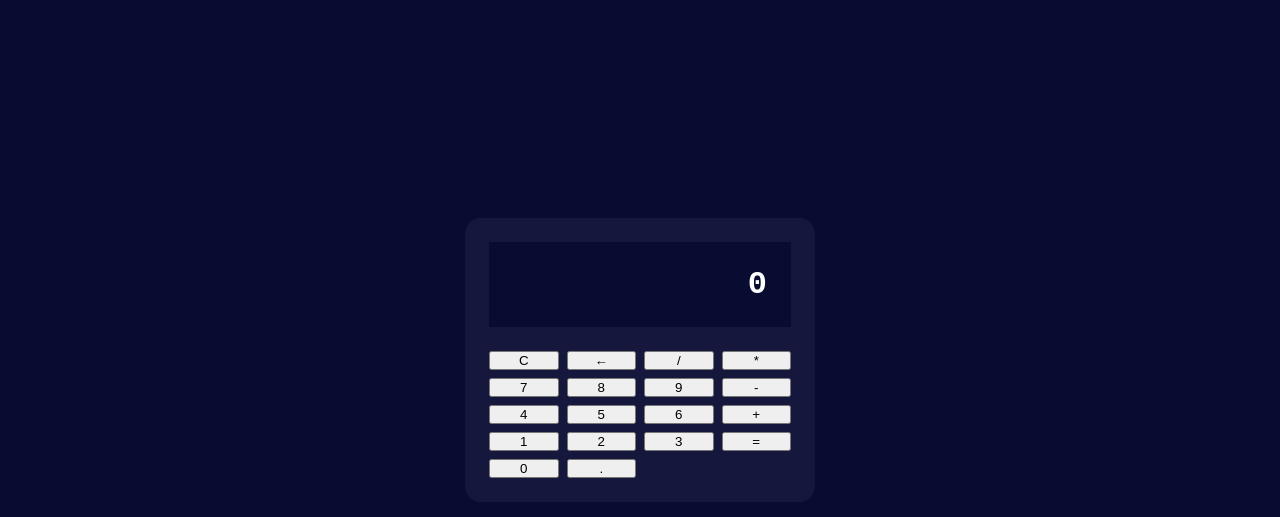
Repository: Herinyhert/Calculator
Page: index.html
An editor plug-in stored every save of this project. The page is shown before and after a run of saves, followed by the edit.
The browser window is 1280 px wide. The pictures show the whole page.

Above is the page before, as saved 2023-05-21 20:49:44.

After the next 3 saves:
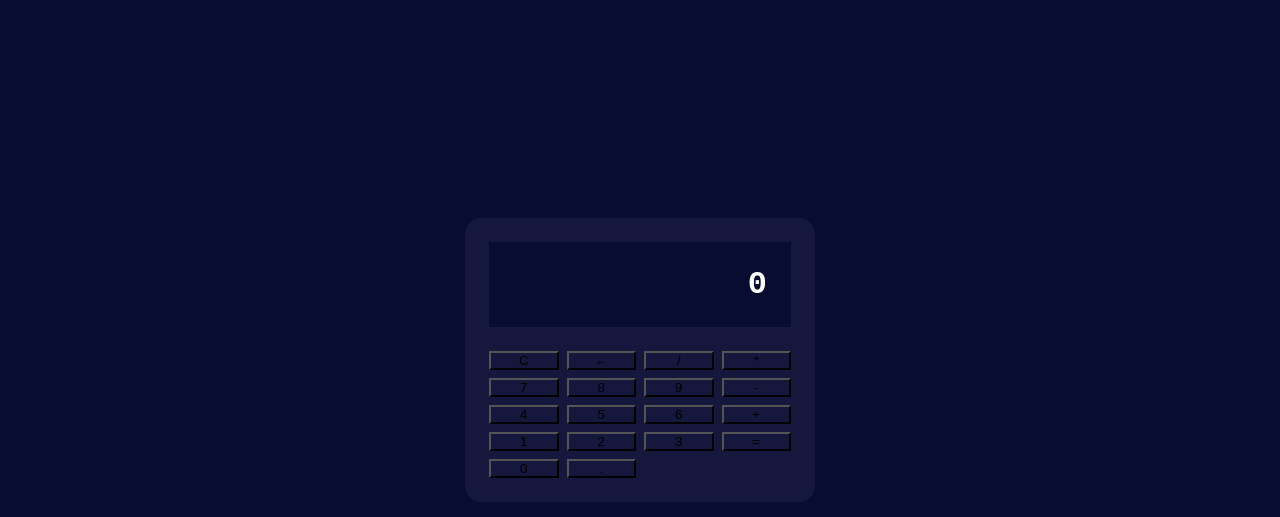
The 3 saves are shown as one change because they came seconds apart.
The last was saved 9 s later.
--- a/css/main.css
+++ b/css/main.css
@@ -37,5 +37,6 @@ body{
 }
 
 .btn{
-    background-color: ;
+    background-color: #15173c;
+    color: ;
 }
